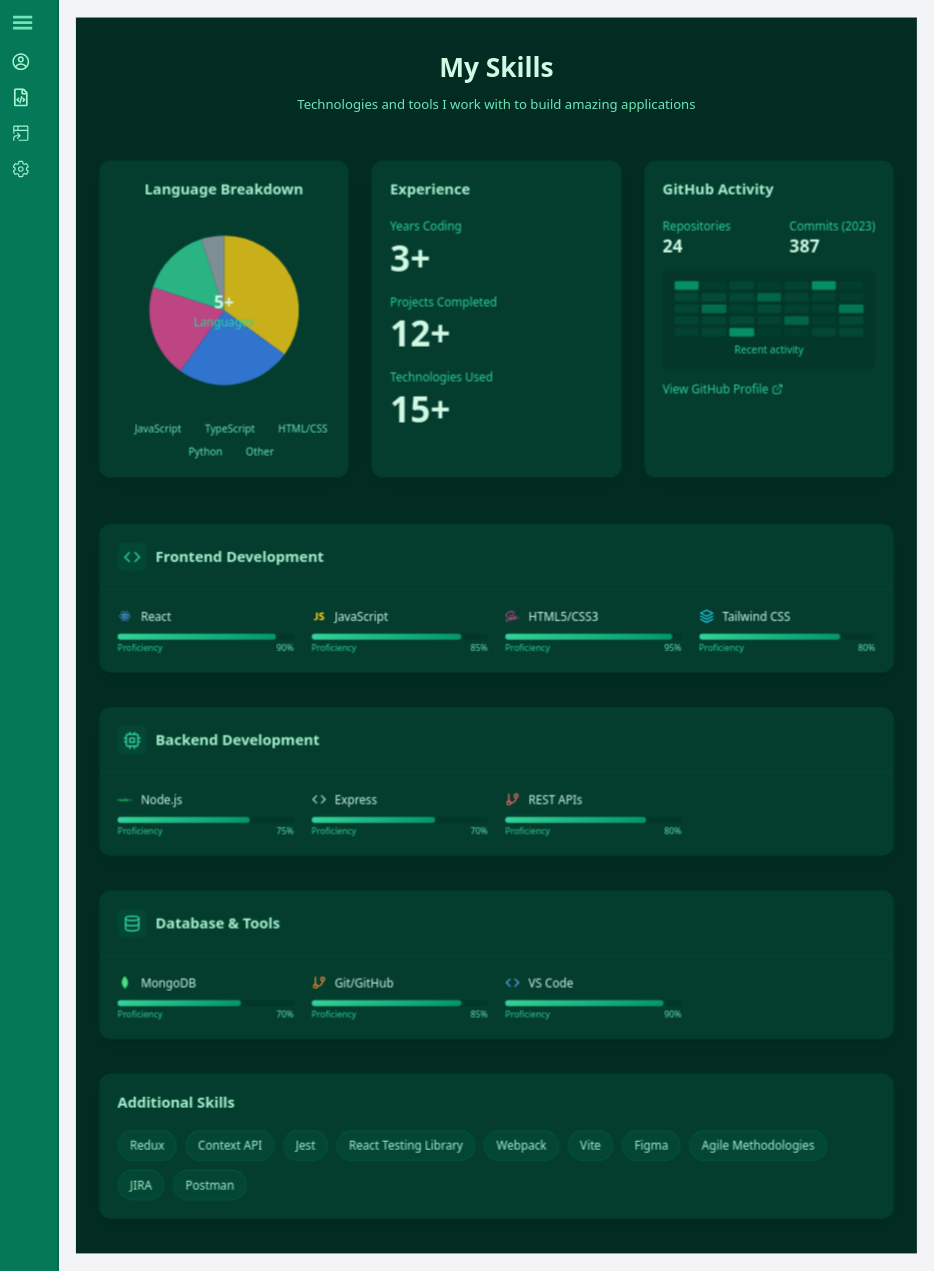
Repository: alizey12/DevLinker-Developer-Portfolio-Builder
Page: /dashboard/skills
An editor plug-in stored every save of this project. The page is shown before and after a run of saves, followed by the edit.
The browser window is 1280 px wide. The pictures show the whole page, at 73% of full size.
The project was rebuilt for these pictures with package versions that can differ from the ones it lists, and the page was loaded fresh each time. Also part of the build but not shown: vite.config.js, src/Pages/Login.jsx, src/Pages/Signup.jsx, src/Pages/Portfolio.jsx, src/Pages/Page404.jsx, src/Pages/Dashboard/Profile.jsx, src/Pages/Dashboard/Project.jsx, src/Pages/Dashboard/Setting.jsx and 1 more.

Above is the page before, as saved 2025-06-30 21:42:40.

### src/main.jsx
import { StrictMode } from 'react'

import { createRoot } from 'react-dom/client'
import './index.css'
import App from './App.jsx'
import { BrowserRouter } from 'react-router'

createRoot(document.getElementById('root')).render(
  <StrictMode>
  <BrowserRouter>
    <App />
    </BrowserRouter>
  </StrictMode>,
)

### src/App.jsx
import AppRoutes from "./Routes/AppRoutes";

function App() {
  return (
    <>
<AppRoutes />
    </>
  )
}

export default App

### src/Routes/AppRoutes.jsx
import React from 'react';
import { Routes, Route } from 'react-router';

import DashboardLayout from '../Components/Layout/DashboardLayout';
import Login from '../Pages/Login';
import Signup from '../Pages/Signup';
import Portfolio from '../Pages/Portfolio';
import Page404 from "../Pages/Page404";

import Profile from '../Pages/Dashboard/Profile';
import Skills from '../Pages/Dashboard/Skills';
import Projects from '../Pages/Dashboard/Project';
import Settings from '../Pages/Dashboard/Setting';
import Home from '../Pages/Home';

const AppRoutes = () => {
  return (
    <Routes>
      {/* Public Routes */}
      <Route path='/' element={<Home />} />
      <Route path='/login' element={<Login />} />
      <Route path='/signup' element={<Signup />} />
      <Route path='/portfolio/:username' element={<Portfolio />} />

      {/* Dashboard Routes */}
      <Route path='/dashboard' element={<DashboardLayout />}>
        <Route path="profile" element={<Profile />} />
        <Route path="skills" element={<Skills />} />
        <Route path="projects" element={<Projects />} />
        <Route path="settings" element={<Settings />} />
      </Route>

      {/* 404 Page */}
      <Route path='*' element={<Page404 />} />
    </Routes>
  );
};

export default AppRoutes;

### src/Components/Layout/DashboardLayout.jsx
import React from 'react'
import { Outlet } from 'react-router'
import Sidebar from '../Sidebar'

const DashboardLayout = () => {
  return (
    <div className="flex min-h-screen">
      {/* Sidebar on the left */}
      <Sidebar />

      {/* Main content */}
      <main className="flex-1 p-6 bg-gray-100">
        <Outlet />
      </main>
    </div>
  )
}

export default DashboardLayout

### src/Pages/Dashboard/Skills.jsx
import React from 'react';
import { FiCode, FiCpu, FiDatabase,FiExternalLink, FiLayers, FiGitBranch } from 'react-icons/fi';
import { DiReact, DiJavascript1, DiNodejs, DiMongodb, DiSass } from 'react-icons/di';

const Skills = () => {
  // Skill categories data
  const skillCategories = [
    {
      title: "Frontend Development",
      icon: <FiCode className="text-emerald-400" size={24} />,
      skills: [
        { name: "React", level: 90, icon: <DiReact className="text-blue-400" /> },
        { name: "JavaScript", level: 85, icon: <DiJavascript1 className="text-yellow-400" /> },
        { name: "HTML5/CSS3", level: 95, icon: <DiSass className="text-pink-500" /> },
        { name: "Tailwind CSS", level: 80, icon: <FiLayers className="text-cyan-400" /> }
      ]
    },
    {
      title: "Backend Development",
      icon: <FiCpu className="text-emerald-400" size={24} />,
      skills: [
        { name: "Node.js", level: 75, icon: <DiNodejs className="text-green-500" /> },
        { name: "Express", level: 70, icon: <FiCode className="text-gray-300" /> },
        { name: "REST APIs", level: 80, icon: <FiGitBranch className="text-red-400" /> }
      ]
    },
    {
      title: "Database & Tools",
      icon: <FiDatabase className="text-emerald-400" size={24} />,
      skills: [
        { name: "MongoDB", level: 70, icon: <DiMongodb className="text-green-400" /> },
        { name: "Git/GitHub", level: 85, icon: <FiGitBranch className="text-orange-400" /> },
        { name: "VS Code", level: 90, icon: <FiCode className="text-blue-400" /> }
      ]
    }
  ];

  // Languages/frameworks for radial chart
  const languages = [
    { name: "JavaScript", value: 35, color: "text-yellow-400" },
    { name: "TypeScript", value: 25, color: "text-blue-500" },
    { name: "HTML/CSS", value: 20, color: "text-pink-500" },
    { name: "Python", value: 15, color: "text-emerald-400" },
    { name: "Other", value: 5, color: "text-gray-400" }
  ];

  return (
    <div className="min-h-screen bg-emerald-950 py-12 px-4 sm:px-6 lg:px-8">
      <div className="max-w-7xl mx-auto">
        {/* Page Header */}
        <div className="text-center mb-16">
          <h1 className="text-4xl font-bold text-emerald-100 mb-4">My Skills</h1>
          <p className="text-lg text-emerald-300 max-w-3xl mx-auto">
            Technologies and tools I work with to build amazing applications
          </p>
        </div>

        {/* Skills Overview */}
        <div className="grid grid-cols-1 lg:grid-cols-3 gap-8 mb-16">
          {/* Radial Chart */}
          <div className="bg-emerald-900/50 backdrop-blur-sm rounded-2xl p-6 border border-emerald-800/50 shadow-lg flex flex-col items-center justify-center">
            <h2 className="text-xl font-bold text-emerald-200 mb-6">Language Breakdown</h2>
            <div className="relative w-64 h-64">
              <svg viewBox="0 0 100 100" className="w-full h-full">
                {languages.map((lang, i) => {
                  const angle = (lang.value / 100) * 360;
                  const startAngle = languages.slice(0, i).reduce((acc, l) => acc + (l.value / 100) * 360, 0);
                  return (
                    <path
                      key={lang.name}
                      d={describeArc(50, 50, 40, startAngle, startAngle + angle)}
                      fill="currentColor"
                      className={`${lang.color} opacity-80 hover:opacity-100 transition-opacity`}
                    />
                  );
                })}
              </svg>
              <div className="absolute inset-0 flex items-center justify-center">
                <div className="text-center">
                  <span className="text-2xl font-bold text-emerald-100">5+</span>
                  <p className="text-emerald-400">Languages</p>
                </div>
              </div>
            </div>
            <div className="flex flex-wrap justify-center gap-3 mt-6">
              {languages.map((lang) => (
                <div key={lang.name} className="flex items-center">
                  <div className={`w-3 h-3 rounded-full ${lang.color} mr-2`}></div>
                  <span className="text-sm text-emerald-300">{lang.name}</span>
                </div>
              ))}
            </div>
          </div>

          {/* Experience Stats */}
          <div className="bg-emerald-900/50 backdrop-blur-sm rounded-2xl p-6 border border-emerald-800/50 shadow-lg">
            <h2 className="text-xl font-bold text-emerald-200 mb-6">Experience</h2>
            <div className="space-y-6">
              <div>
                <h3 className="text-emerald-400 mb-2">Years Coding</h3>
                <div className="text-5xl font-bold text-emerald-100">3+</div>
              </div>
              <div>
                <h3 className="text-emerald-400 mb-2">Projects Completed</h3>
                <div className="text-5xl font-bold text-emerald-100">12+</div>
              </div>
              <div>
                <h3 className="text-emerald-400 mb-2">Technologies Used</h3>
                <div className="text-5xl font-bold text-emerald-100">15+</div>
              </div>
            </div>
          </div>

          {/* GitHub Stats */}
          <div className="bg-emerald-900/50 backdrop-blur-sm rounded-2xl p-6 border border-emerald-800/50 shadow-lg">
            <h2 className="text-xl font-bold text-emerald-200 mb-6">GitHub Activity</h2>
            <div className="flex items-center justify-between mb-4">
              <div>
                <h3 className="text-emerald-400">Repositories</h3>
                <div className="text-2xl font-bold text-emerald-100">24</div>
              </div>
              <div>
                <h3 className="text-emerald-400">Commits (2023)</h3>
                <div className="text-2xl font-bold text-emerald-100">387</div>
              </div>
            </div>
            <div className="bg-emerald-950/30 p-4 rounded-lg">
              <div className="grid grid-cols-7 gap-1">
                {Array.from({ length: 35 }).map((_, i) => (
                  <div
                    key={i}
                    className={`h-3 rounded-sm ${i % 5 === 0 ? 'bg-emerald-600' : 'bg-emerald-800/50'}`}
                    style={{ opacity: 0.3 + (Math.random() * 0.7) }}
                  />
                ))}
              </div>
              <p className="text-center text-sm text-emerald-400 mt-2">Recent activity</p>
            </div>
            <a
              href="#"
              className="inline-flex items-center mt-4 text-emerald-400 hover:text-emerald-300"
            >
              View GitHub Profile <FiExternalLink className="ml-1" />
            </a>
          </div>
        </div>

        {/* Skills by Category */}
        <div className="space-y-12">
          {skillCategories.map((category, index) => (
            <div key={index} className="bg-emerald-900/50 backdrop-blur-sm rounded-2xl overflow-hidden shadow-lg border border-emerald-800/50">
              <div className="p-6 border-b border-emerald-800/50 flex items-center">
                <div className="mr-3 p-2 bg-emerald-800/30 rounded-lg">
                  {category.icon}
                </div>
                <h2 className="text-xl font-bold text-emerald-200">{category.title}</h2>
              </div>
              <div className="p-6 grid grid-cols-1 md:grid-cols-2 lg:grid-cols-4 gap-6">
                {category.skills.map((skill, i) => (
                  <div key={i} className="group">
                    <div className="flex items-center mb-3">
                      <div className="mr-3 text-xl">
                        {skill.icon}
                      </div>
                      <h3 className="font-medium text-emerald-100">{skill.name}</h3>
                    </div>
                    <div className="w-full bg-emerald-950/30 h-2 rounded-full">
                      <div
                        className="bg-gradient-to-r from-emerald-400 to-emerald-600 h-2 rounded-full transition-all duration-1000 ease-out"
                        style={{ width: `${skill.level}%` }}
                      ></div>
                    </div>
                    <div className="flex justify-between mt-1">
                      <span className="text-xs text-emerald-400">Proficiency</span>
                      <span className="text-xs font-medium text-emerald-300">{skill.level}%</span>
                    </div>
                  </div>
                ))}
              </div>
            </div>
          ))}
        </div>

        {/* Additional Skills */}
        <div className="mt-12 bg-emerald-900/50 backdrop-blur-sm rounded-2xl p-6 border border-emerald-800/50 shadow-lg">
          <h2 className="text-xl font-bold text-emerald-200 mb-6">Additional Skills</h2>
          <div className="flex flex-wrap gap-3">
            {['Redux', 'Context API', 'Jest', 'React Testing Library', 'Webpack', 'Vite', 'Figma', 'Agile Methodologies', 'JIRA', 'Postman'].map((skill) => (
              <span
                key={skill}
                className="px-4 py-2 bg-emerald-800/30 text-emerald-200 rounded-full border border-emerald-700/50 hover:bg-emerald-700/50 transition-colors"
              >
                {skill}
              </span>
            ))}
          </div>
        </div>
      </div>
    </div>
  );
};

// Helper function for radial chart
function describeArc(x, y, radius, startAngle, endAngle) {
  const start = polarToCartesian(x, y, radius, endAngle);
  const end = polarToCartesian(x, y, radius, startAngle);
  const largeArcFlag = endAngle - startAngle <= 180 ? "0" : "1";
  return [
    "M", x, y,
    "L", start.x, start.y,
    "A", radius, radius, 0, largeArcFlag, 0, end.x, end.y,
    "Z"
  ].join(" ");
}

function polarToCartesian(x, y, radius, angleInDegrees) {
  const angleInRadians = (angleInDegrees - 90) * Math.PI / 180.0;
  return {
    x: x + (radius * Math.cos(angleInRadians)),
    y: y + (radius * Math.sin(angleInRadians))
  };
}

export default Skills;

### src/Components/Sidebar.jsx
import React, { useState } from 'react';
import { NavLink } from 'react-router';
import { CgProfile } from "react-icons/cg";
import { FaRegFileCode } from "react-icons/fa";
import { GoProjectSymlink } from "react-icons/go";
import { IoSettingsOutline } from "react-icons/io5";
import { GiHamburgerMenu } from "react-icons/gi";

const Sidebar = () => {
  const [isCollapsed, setIsCollapsed] = useState(true);

  function handleSideToggle() {
    setIsCollapsed(!isCollapsed);
  }

  return (
    <div>
      <aside className={`${isCollapsed ? 'w-20' : 'w-64'} h-full bg-emerald-900/70 hover:bg-emerald-700 text-white p-4 transition-all duration-300 border-r border-emerald-900/70 backdrop-blur`}>
        <button onClick={handleSideToggle} className="text-emerald-300 hover:text-emerald-400">
          <GiHamburgerMenu size={30} />
        </button>

        <ul className="space-y-6 my-5">
          <li>
            <NavLink
              to="profile"
              className="flex items-center text-emerald-200 hover:text-emerald-400"
              activeClassName="text-emerald-400"
            >
              <CgProfile size={25} />
              {!isCollapsed && <span className="ml-3 font-semibold text-lg">Profile</span>}
            </NavLink>
          </li>

          <li>
            <NavLink
              to="skills"
              className="flex items-center text-emerald-200 hover:text-emerald-400"
              activeClassName="text-emerald-400"
            >
              <FaRegFileCode size={25} />
              {!isCollapsed && <span className="ml-3 font-semibold text-lg">Skills</span>}
            </NavLink>
          </li>

          <li>
            <NavLink
              to="projects"
              className="flex items-center text-emerald-200 hover:text-emerald-400"
              activeClassName="text-emerald-400"
            >
              <GoProjectSymlink size={25} />
              {!isCollapsed && <span className="ml-3 font-semibold text-lg">Projects</span>}
            </NavLink>
          </li>

          <li>
            <NavLink
              to="settings"
              className="flex items-center text-emerald-200 hover:text-emerald-400"
              activeClassName="text-emerald-400"
            >
              <IoSettingsOutline size={25} />
              {!isCollapsed && <span className="ml-3 font-semibold text-lg">Settings</span>}
            </NavLink>
          </li>
        </ul>
      </aside>
    </div>
  );
};

export default Sidebar;

Loaded but not shown: index.html (common file); src/index.css (common file); tailwind.config.js (common file)

After the next 2 saves:
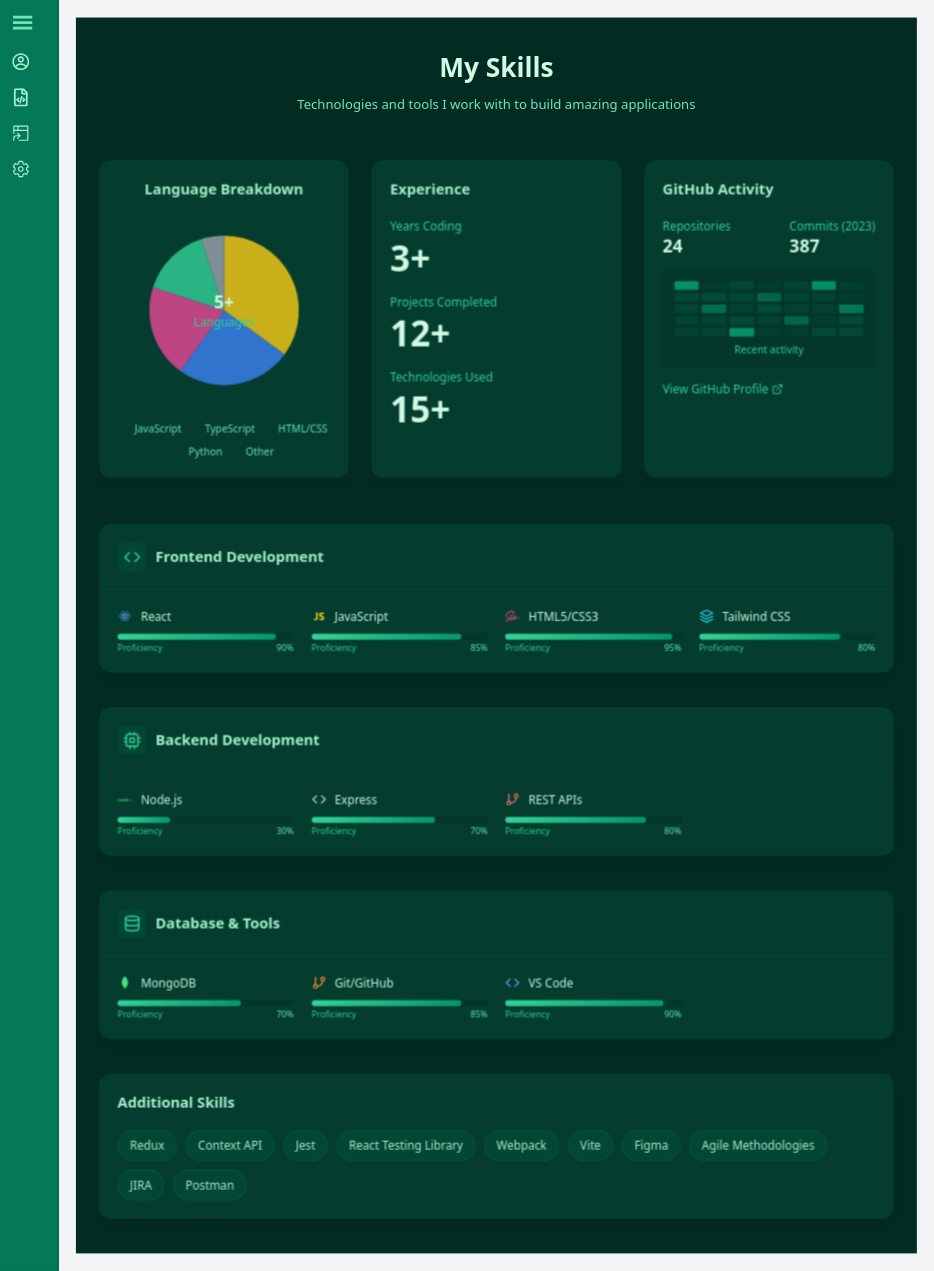
The 2 saves are shown as one change because they came seconds apart.
The last was saved 2 min 6 s later.
--- a/src/Pages/Dashboard/Skills.jsx
+++ b/src/Pages/Dashboard/Skills.jsx
@@ -19,7 +19,7 @@
       title: "Backend Development",
       icon: <FiCpu className="text-emerald-400" size={24} />,
       skills: [
-        { name: "Node.js", level: 75, icon: <DiNodejs className="text-green-500" /> },
+        { name: "Node.js", level: 30, icon: <DiNodejs className="text-green-500" /> },
         { name: "Express", level: 70, icon: <FiCode className="text-gray-300" /> },
         { name: "REST APIs", level: 80, icon: <FiGitBranch className="text-red-400" /> }
       ]
